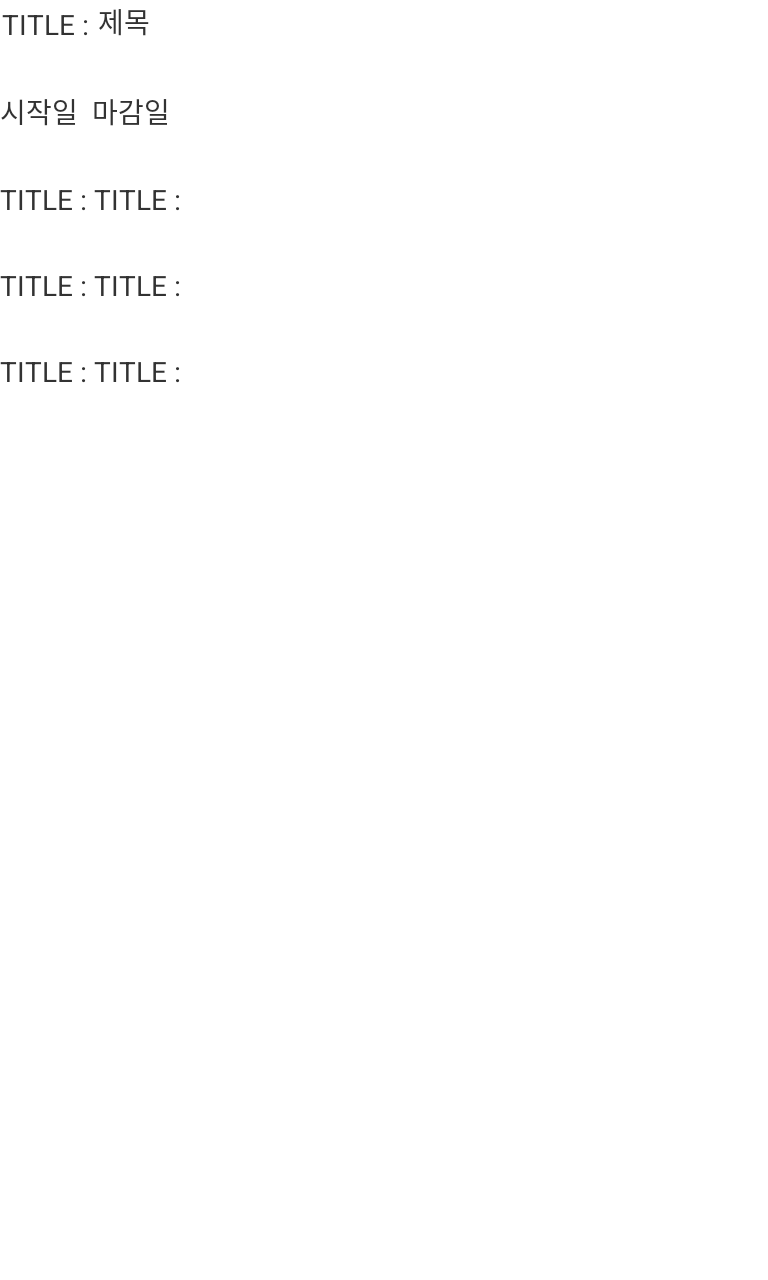
Repository: chlduq04/java
Layout: Culturemap/res/layout/detail.xml
These files come from the project's save history. The layout is drawn as it stood at one moment and after the next save; the edit follows.
It is drawn on a 768 x 1280 px phone screen (xhdpi) without system bars, with theme AppTheme; the app's code is not run.

Above is the layout before, as saved 2012-07-23 06:51:19.

### Culturemap/res/layout/detail.xml
<?xml version="1.0" encoding="utf-8"?>
<LinearLayout xmlns:android="http://schemas.android.com/apk/res/android"
    android:layout_width="match_parent"
    android:layout_height="match_parent"
    android:orientation="vertical" >

    <LinearLayout
        android:layout_width="match_parent"
        android:layout_height="wrap_content"
        android:layout_weight="2"
        android:orientation="vertical" >

        <LinearLayout
            android:layout_width="fill_parent"
            android:layout_height="wrap_content"
            android:layout_weight="1">
            <TextView
                android:layout_margin="1dip"
                android:layout_width="wrap_content"
                android:layout_height="wrap_content"
                android:text="TITLE : "
                ></TextView>
            <TextView
                android:layout_width="wrap_content"
                android:layout_height="wrap_content"
                android:text="제목"
                ></TextView>

        </LinearLayout>
        <LinearLayout
            android:layout_width="fill_parent"
            android:layout_height="wrap_content"
            android:layout_weight="1">
            <TextView
                android:layout_width="wrap_content"
                android:layout_height="wrap_content"
                android:text="시작일  "
                ></TextView>
            <TextView
                android:layout_width="wrap_content"
                android:layout_height="wrap_content"
                android:text="마감일"
                ></TextView>

        </LinearLayout>
        <LinearLayout
            android:layout_width="fill_parent"
            android:layout_height="wrap_content"
            android:layout_weight="1">
            <TextView
                android:layout_width="wrap_content"
                android:layout_height="wrap_content"
                android:text="TITLE : "
                ></TextView>
            <TextView
                android:layout_width="wrap_content"
                android:layout_height="wrap_content"
                android:text="TITLE : "
                ></TextView>

        </LinearLayout>
        <LinearLayout
            android:layout_width="fill_parent"
            android:layout_height="wrap_content"
            android:layout_weight="1">
            <TextView
                android:layout_width="wrap_content"
                android:layout_height="wrap_content"
                android:text="TITLE : "
                ></TextView>
            <TextView
                android:layout_width="wrap_content"
                android:layout_height="wrap_content"
                android:text="TITLE : "
                ></TextView>

        </LinearLayout>
        <LinearLayout
            android:layout_width="fill_parent"
            android:layout_height="wrap_content"
            android:layout_weight="1">
            <TextView
                android:layout_width="wrap_content"
                android:layout_height="wrap_content"
                android:text="TITLE : "
                ></TextView>
            <TextView
                android:layout_width="wrap_content"
                android:layout_height="wrap_content"
                android:text="TITLE : "
                ></TextView>

        </LinearLayout>
    </LinearLayout>

    <LinearLayout
        android:layout_width="match_parent"
        android:layout_height="wrap_content"
        android:layout_weight="6"
        android:orientation="vertical" >
    </LinearLayout>

    <LinearLayout
        android:layout_width="match_parent"
        android:layout_height="wrap_content"
        android:layout_weight="1"
        android:orientation="vertical" >
    </LinearLayout>

</LinearLayout>

Loaded but not shown: Culturemap/res/values/styles.xml (common file)

After the next save:
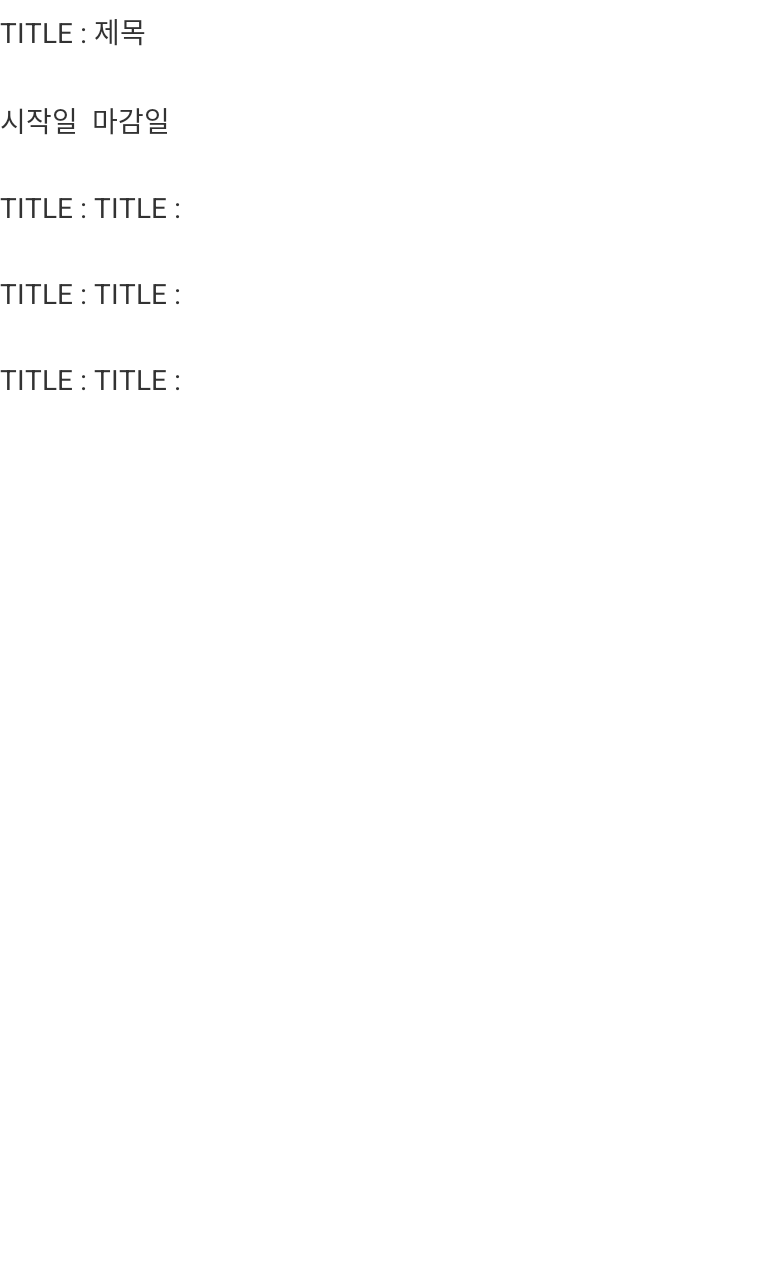
Saved 50 s later.
--- a/Culturemap/res/layout/detail.xml
+++ b/Culturemap/res/layout/detail.xml
@@ -11,11 +11,11 @@
         android:orientation="vertical" >
 
         <LinearLayout
+            android:paddingTop="5dip"
             android:layout_width="fill_parent"
             android:layout_height="wrap_content"
             android:layout_weight="1">
             <TextView
-                android:layout_margin="1dip"
                 android:layout_width="wrap_content"
                 android:layout_height="wrap_content"
                 android:text="TITLE : "
